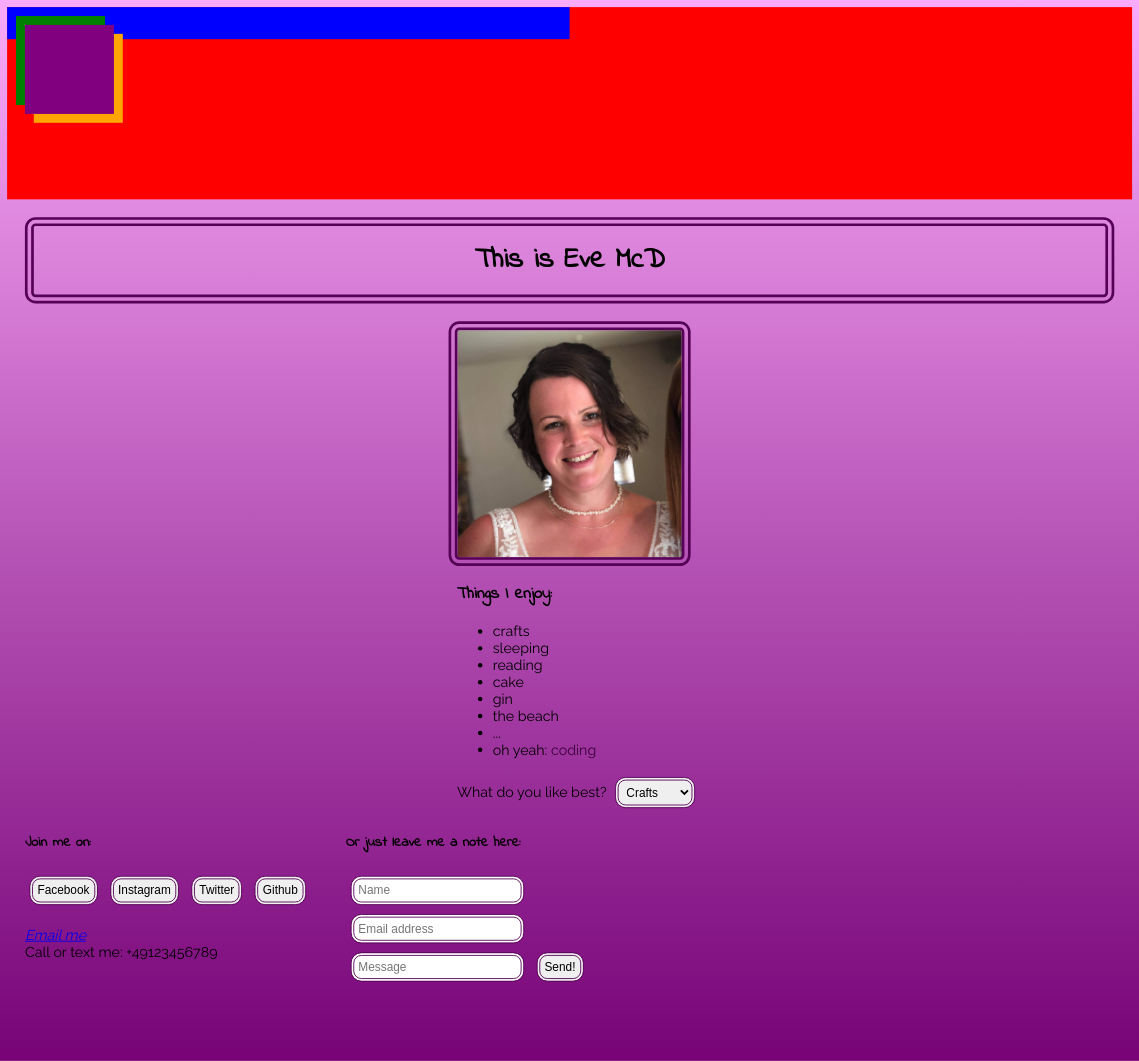
Repository: evemcd/Strive-Ignite-W1
Page: index.html
An editor plug-in stored every save of this project. The page is shown before and after the next save, followed by the edit.
The browser window is 1280 px wide. The pictures show the whole page, at 89% of full size.

Above is the page before, as saved 2021-01-17 20:22:28.

After the next save:
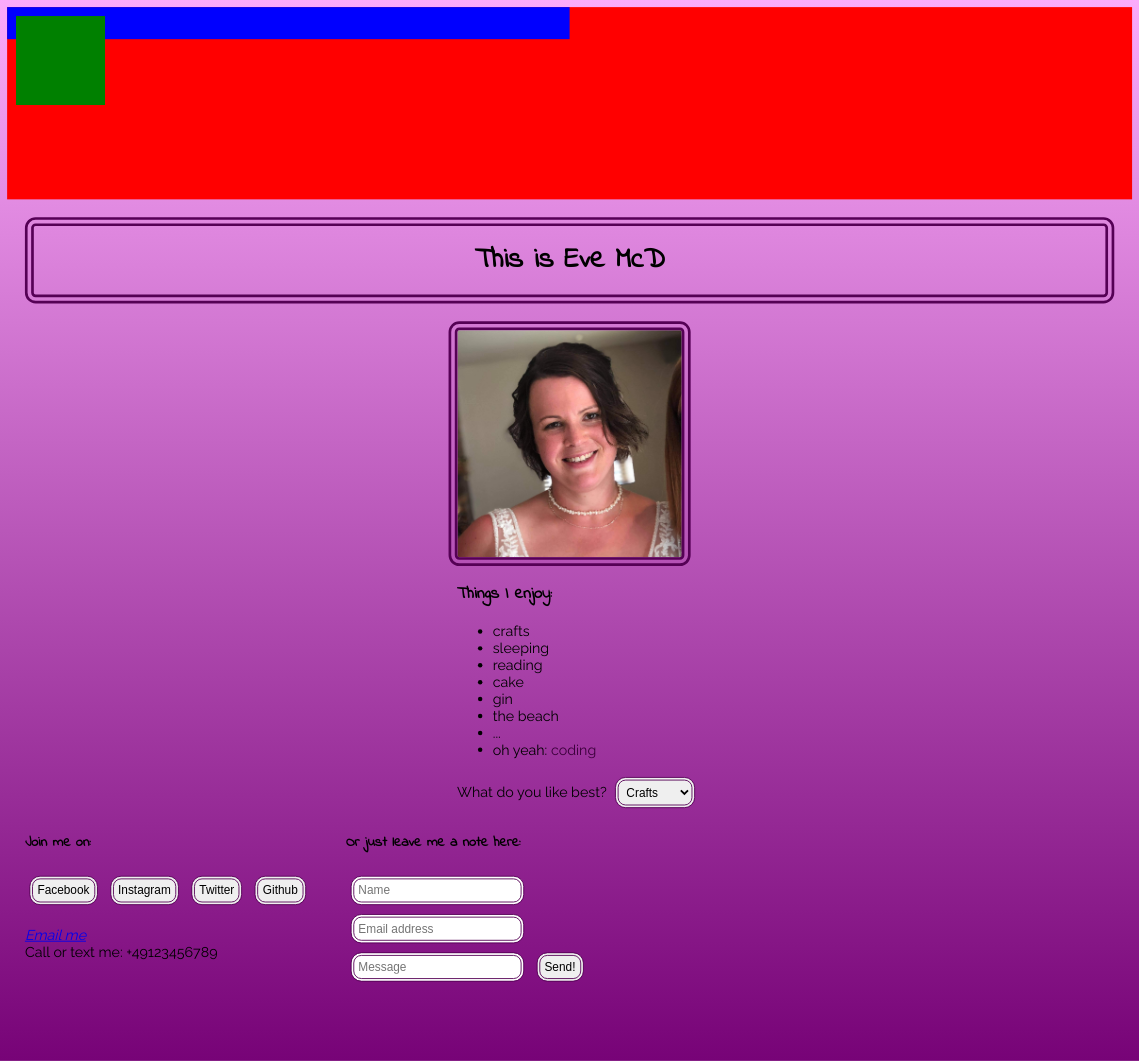
Saved 104 s later.
--- a/styles.css
+++ b/styles.css
@@ -65,26 +65,6 @@ h6 {
     z-index: 2;
 }
 
-.box2 {
-    width: 100px;
-    height: 100px;
-    background-color: purple;
-    position: absolute;
-    top: 20px;
-    left: 20px;
-    z-index: 3;
-}
-
-.box3 {
-    width: 100px;
-    height: 100px;
-    background-color: orange;
-    position: absolute;
-    top: 30px;
-    left: 30px;
-    z-index: 1;
-}
-
 .header__title {
     width: 50%;
     background-color: blue;
